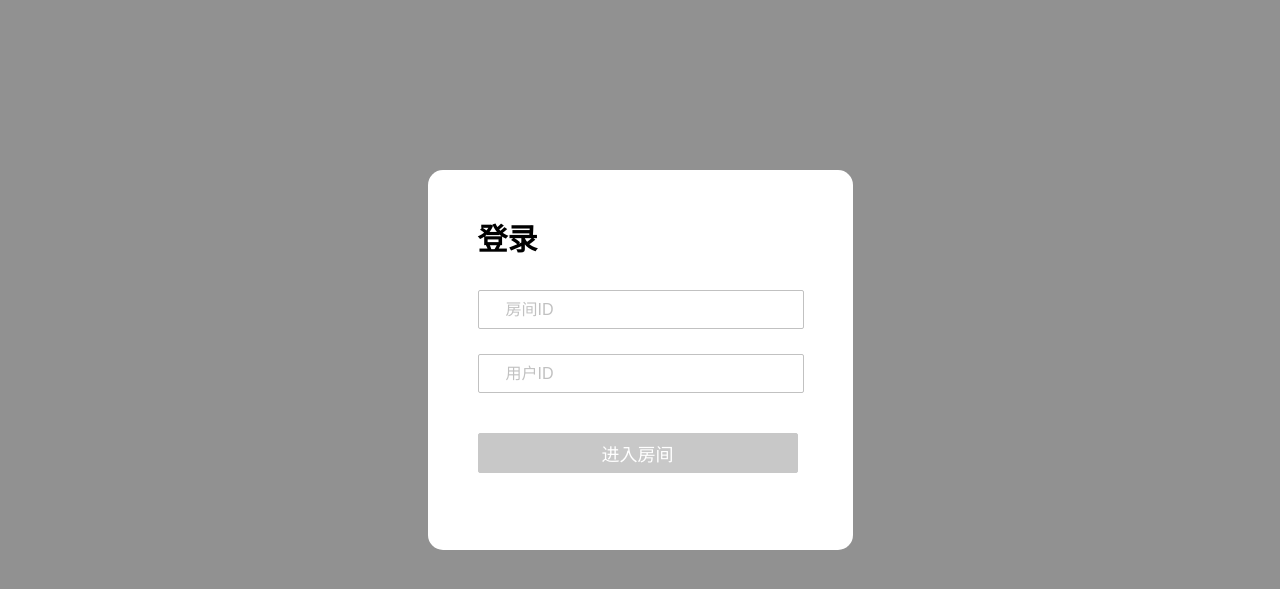
Repository: sjtu-course/homework
Page: GongZening/Week2/Web/LoginPage.html
An editor plug-in stored every save of this project. The page is shown before and after the next save, followed by the edit.
The browser window is 1280 px wide. The pictures show the whole page.

Above is the page before, as saved 2020-11-09 16:47:12.

### GongZening/Week2/Web/LoginPage.html
<!DOCTYPE html>
<html>
    <head>
        <meta charset="utf-8">
        <title>LoginPage</title>
        <style>
            input::-webkit-input-placeholder{
                color:#c1c1c1;
                font-size: 16px;
                padding-left: 25px;
            }
        </style>
        <link rel="stylesheet" type="text/css" href="css/Round_Rect.css" />
        <link rel="stylesheet" type="text/css" href="css/Login.css" />
        <link rel="stylesheet" type="text/css" href="css/Edit_Text.css" />
        <link rel="stylesheet" type="text/css" href="css/Button.css" />
        <link rel="stylesheet" type="text/css" href="css/Reset.css" />
        <script src="js/Button_Click.js"></script>
    </head>

    <body style="background-color: #919191;">
        <div id="round_rect">
            <h1 id="login">登录</h1>
            <input type="text" id="room_text" class="edit_text" placeholder="房间ID" style="margin-top: 45px;">
            <input type="text" id="user_text" class="edit_text" placeholder="用户ID" style="margin-top: 25px;">
            <button id="enter_button" class="button" onclick="enter_room()">进入房间</button>
        </div>
    </body>
</html>

### GongZening/Week2/Web/css/Round_Rect.css
@charset "utf-8";
#round_rect{
	width: 425px;
	height: 380px;
	background-color: white;
	/* 圆角大小 */
	border-radius: 15px;
	/* 位置居中 */
	position: absolute;
	margin: auto;
	top: 0;
	right: 0;
	left: 0;
	bottom: 0;
}

### GongZening/Week2/Web/css/Login.css
@charset "utf-8";
#login{
    font-size: 30px;
    color: black;
    margin-top: 45px;
    margin-left: 50px;
    height: 30px;
}

### GongZening/Week2/Web/css/Edit_Text.css
@charset "utf-8";
.edit_text{
    width: 320px;
    height: 35px;
    margin-left: 50px;
    margin-top: 0px;
    border-radius: 2px;
    border:1px solid #c1c1c1;
    font-size: 16px;
}

### GongZening/Week2/Web/css/Button.css
@charset "utf-8";
.button{
    width: 320px;
    height: 40px;
    margin-left: 50px;
    margin-top: 40px;
    border-radius: 2px;
    background-color: #c8c8c8;
    color: white;
    border:1px solid #c8c8c8;
    font-size: 18px;
}

### GongZening/Week2/Web/css/Reset.css
@charset "utf-8";
body,p,h1,h2,h3,h4,h5,h6,dl,dd{
    margin:0;
    font-size:12px;
/* font-family:XX; */
}
ol,ul{
    list-style:none;
    padding:0;
    margin:0;
}
a{
    text-decoration:none;
}
img{
    border:none;
}
/* 默认样式重置 (css reset)  */

### GongZening/Week2/Web/js/Button_Click.js
function enter_room(){
    alert(room);
}

### GongZening/Week2/Web/js/Color_Change.js
function color_change(){
    var room = document.getElementById("room_text").value;
    var user = document.getElementById("user_text").value;
    if (room == "" || user == ""){
        // document.getElementById("enter_button").setAttribute("disabled", true);
    }
    else{
        // document.getElementById("enter_button").removeAttribute("disabled", true);
        document.getElementById("enter_button").style.backgroundColor = "#5286ed";
        // document.getElementById('enter_button').style.border = '1px #5286ed solid'
    }
}

After the next save:
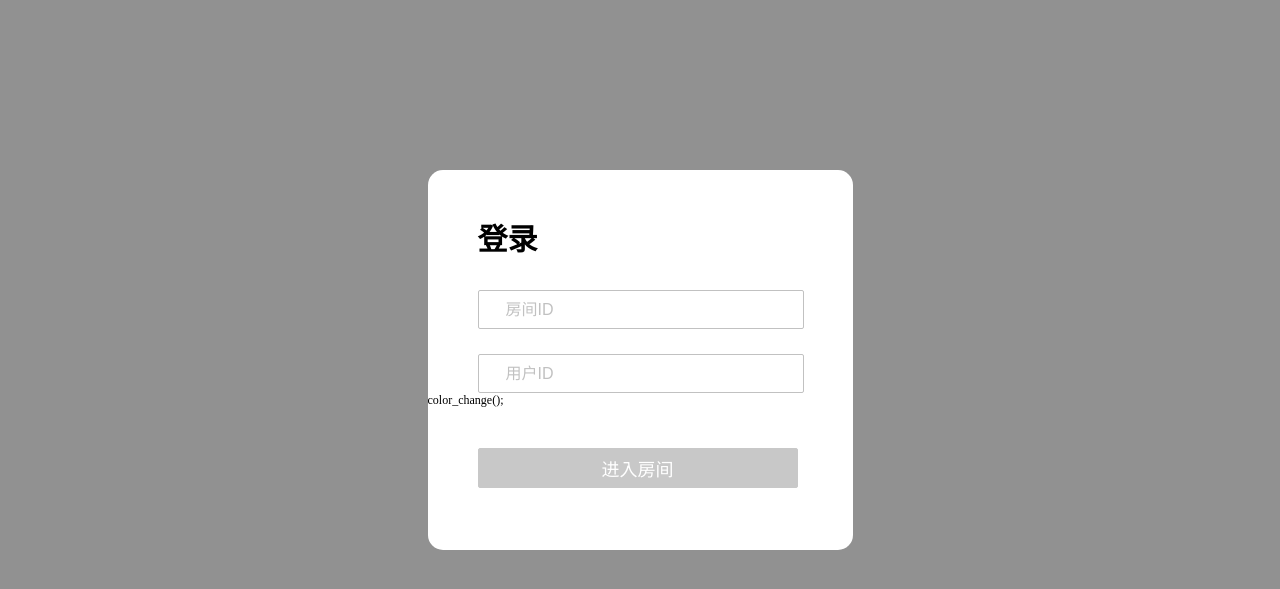
Saved 1 s later.
--- a/GongZening/Week2/Web/LoginPage.html
+++ b/GongZening/Week2/Web/LoginPage.html
@@ -15,6 +15,7 @@
         <link rel="stylesheet" type="text/css" href="css/Edit_Text.css" />
         <link rel="stylesheet" type="text/css" href="css/Button.css" />
         <link rel="stylesheet" type="text/css" href="css/Reset.css" />
+        <script src="js/Color_Change.js"></script>
         <script src="js/Button_Click.js"></script>
     </head>
 
@@ -23,6 +24,7 @@
             <h1 id="login">登录</h1>
             <input type="text" id="room_text" class="edit_text" placeholder="房间ID" style="margin-top: 45px;">
             <input type="text" id="user_text" class="edit_text" placeholder="用户ID" style="margin-top: 25px;">
+            color_change();
             <button id="enter_button" class="button" onclick="enter_room()">进入房间</button>
         </div>
     </body>

After the 2 saves that followed:
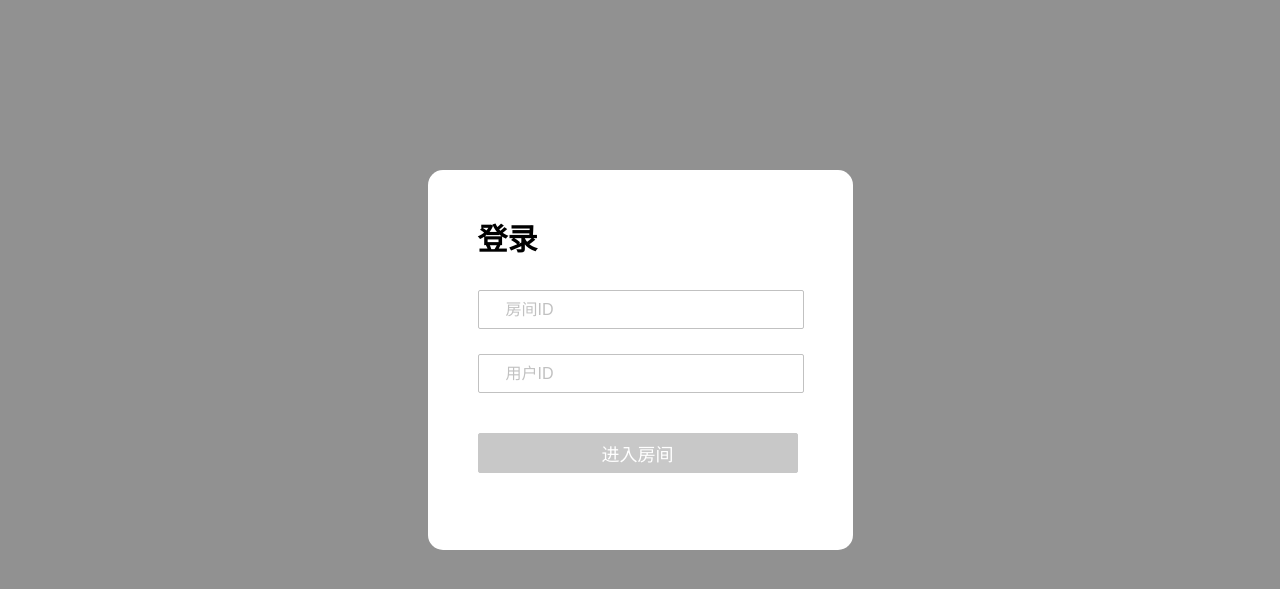
The 2 saves are shown as one change because 1 left the picture as it was.
The last was saved 5 min 43 s later.
--- a/GongZening/Week2/Web/LoginPage.html
+++ b/GongZening/Week2/Web/LoginPage.html
@@ -24,7 +24,6 @@
             <h1 id="login">登录</h1>
             <input type="text" id="room_text" class="edit_text" placeholder="房间ID" style="margin-top: 45px;">
             <input type="text" id="user_text" class="edit_text" placeholder="用户ID" style="margin-top: 25px;">
-            color_change();
             <button id="enter_button" class="button" onclick="enter_room()">进入房间</button>
         </div>
     </body>
--- a/GongZening/Week2/Web/js/Color_Change.js
+++ b/GongZening/Week2/Web/js/Color_Change.js
@@ -9,4 +9,5 @@ function color_change(){
         document.getElementById("enter_button").style.backgroundColor = "#5286ed";
         // document.getElementById('enter_button').style.border = '1px #5286ed solid'
     }
+    setTimeout("color_change()",1000);
 }
